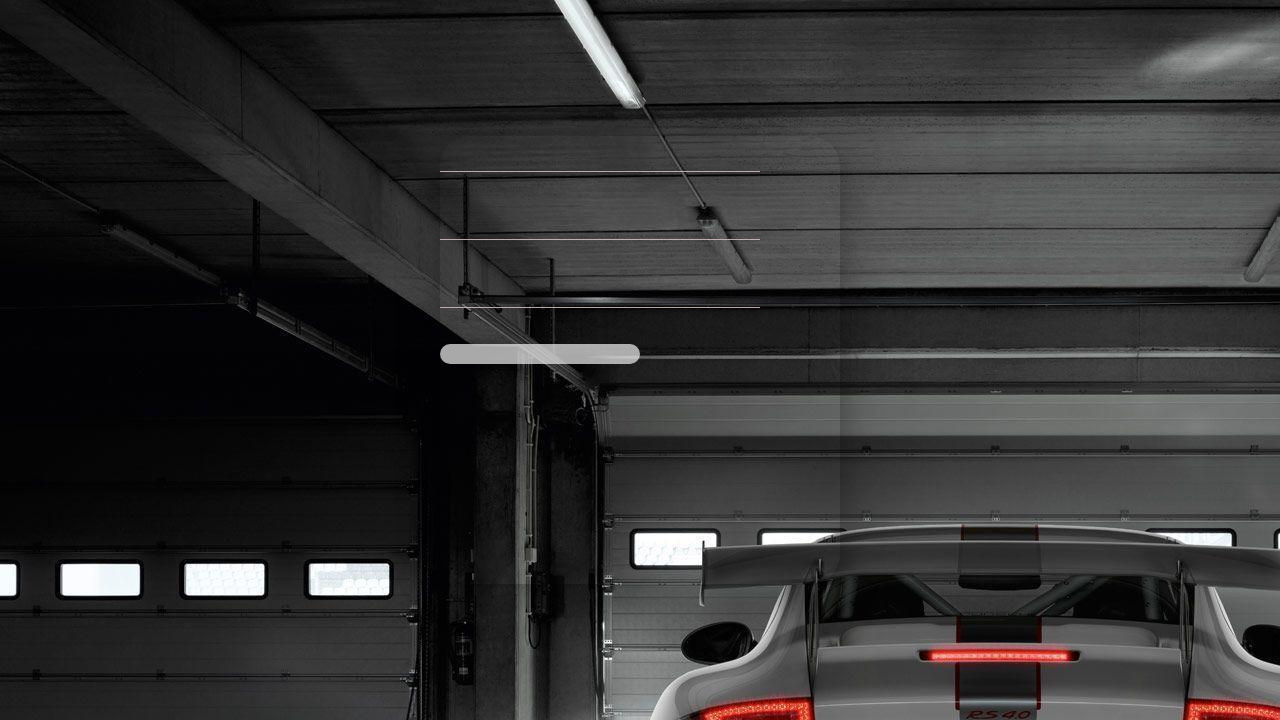
Repository: rkrukshan/Glass_Login_CSS
Page: login.html
An editor plug-in stored every save of this project. The page is shown before and after the next save, followed by the edit.
The browser window is 1280 px wide. The pictures show the whole page.

Above is the page before, as saved 2023-10-03 19:56:14.

After the next save:
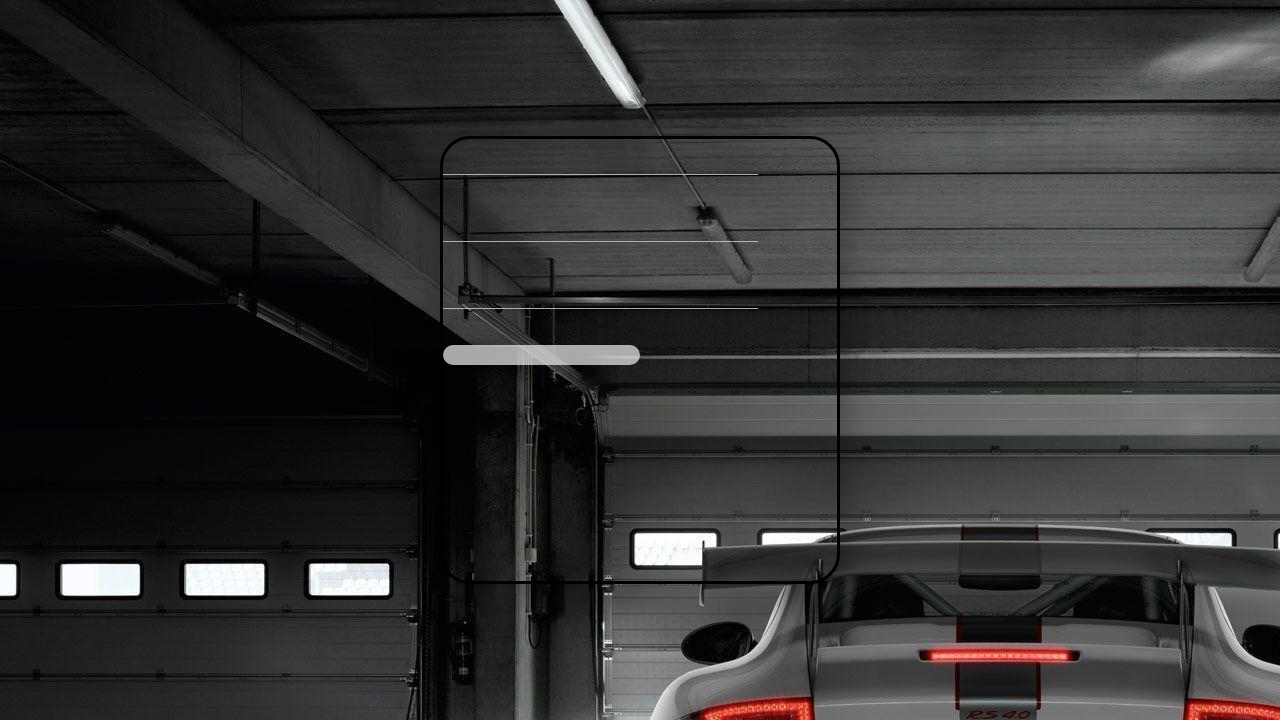
Saved 14 s later.
--- a/login.html
+++ b/login.html
@@ -28,7 +28,7 @@
         border-left: 1px solid rgba(red, green, blue, .3);
         border-top: 1px solid rgba(red, green, blue, .3);
         background:transparent;
-        border:
+        border:solid
     }
     input
     {
